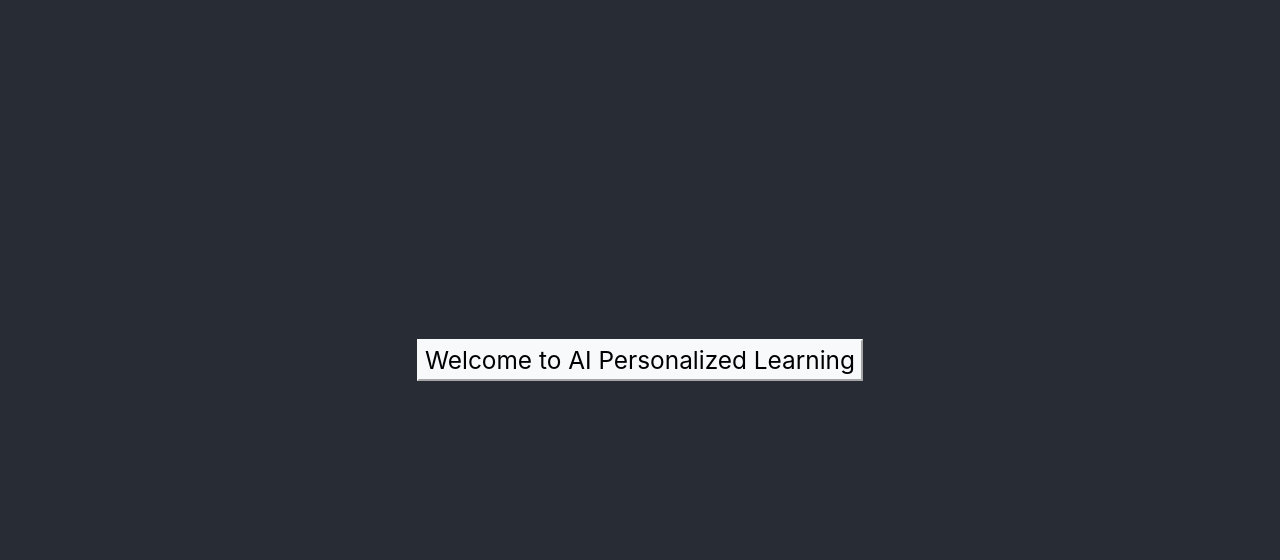
Repository: SP23-CSCE482/team_hunnid_app
Page: /
An editor plug-in stored every save of this project. The page is shown before and after the next save, followed by the edit.
The browser window is 1280 px wide. The pictures show the whole page.
The project was rebuilt for these pictures with package versions that can differ from the ones it lists, and the page was loaded fresh each time.

Above is the page before, as saved 2023-02-08 20:03:16.

After the next save:
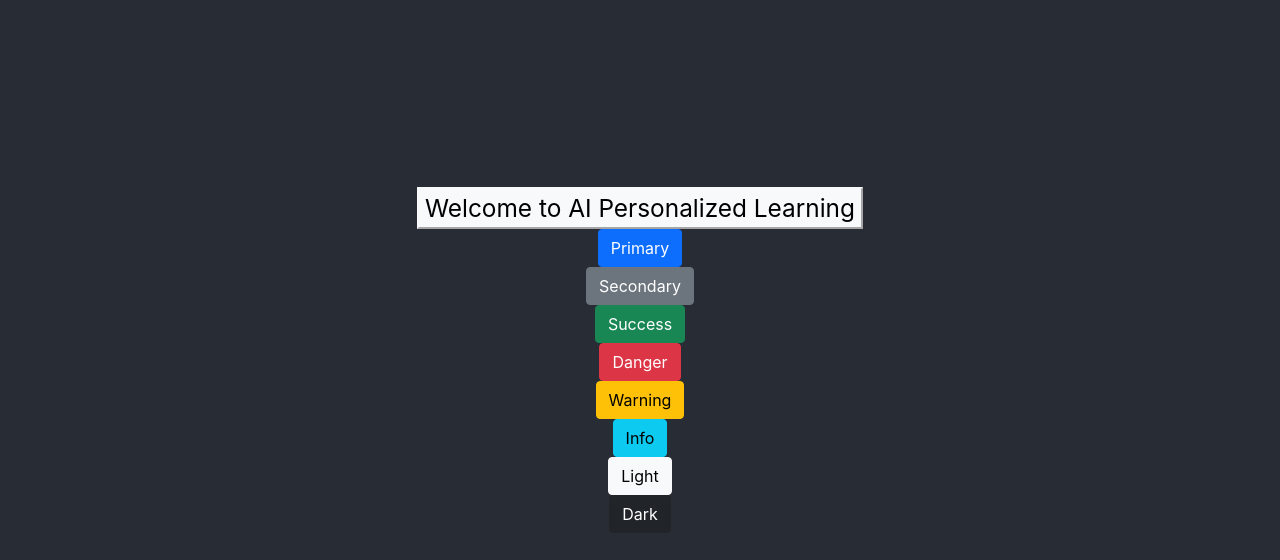
Saved 20 s later.
--- a/src/App.js
+++ b/src/App.js
@@ -7,6 +7,30 @@
       <header className="App-header">
         <button type="button" class={`btn-light`}>
           Welcome to AI Personalized Learning
+        </button>
+        <button type="button" class="btn btn-primary">
+          Primary
+        </button>
+        <button type="button" class="btn btn-secondary">
+          Secondary
+        </button>
+        <button type="button" class="btn btn-success">
+          Success
+        </button>
+        <button type="button" class="btn btn-danger">
+          Danger
+        </button>
+        <button type="button" class="btn btn-warning">
+          Warning
+        </button>
+        <button type="button" class="btn btn-info">
+          Info
+        </button>
+        <button type="button" class="btn btn-light">
+          Light
+        </button>
+        <button type="button" class="btn btn-dark">
+          Dark
         </button>
       </header>
       {/* <header className="App-header">
